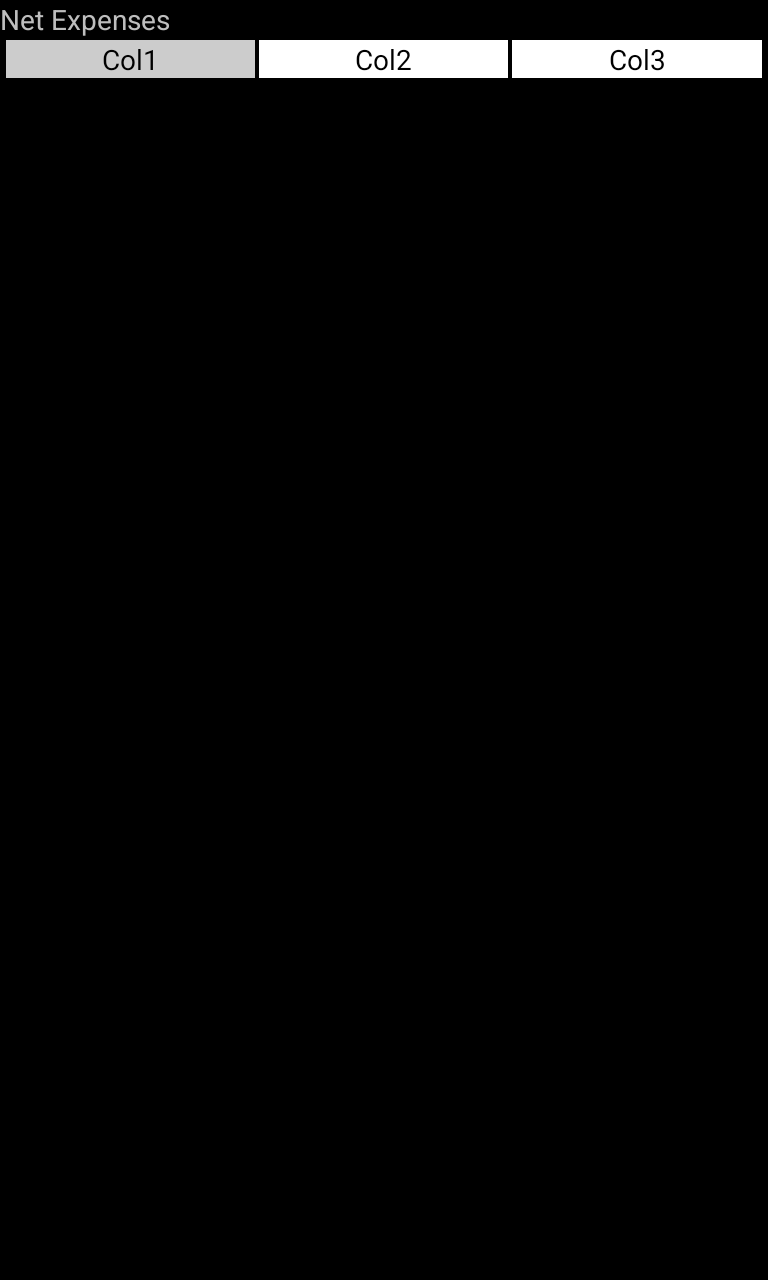
Repository: iyeranan/Expenses
Layout: Expenses/res/layout/netexpenses.xml
An editor plug-in stored every save of this project. The layout is shown before and after the next save, followed by the edit.
It is drawn on a 768 x 1280 px phone screen (xhdpi) without system bars, with theme android:Theme; the app's code is not run.

Above is the layout before, as saved 2012-01-16 17:49:08.

### Expenses/res/layout/netexpenses.xml
<?xml version="1.0" encoding="utf-8"?>
<ScrollView xmlns:android="http://schemas.android.com/apk/res/android" android:layout_height="fill_parent" android:layout_width="fill_parent" android:id="@+id/widget54">
<LinearLayout xmlns:android="http://schemas.android.com/apk/res/android"
    android:orientation="vertical"
    android:layout_height="fill_parent" android:layout_width="fill_parent">
<TextView
    android:layout_width="fill_parent"
    android:layout_height="wrap_content" android:text="@string/netExpenses"/>
<TableLayout
  android:id="@+id/tblNetExpenses"
  android:layout_width="fill_parent"
  android:layout_marginRight="2dp"
  android:layout_marginLeft="2dp"
  android:layout_height="wrap_content"
  android:background="@android:color/black">
  <TableRow>
   <TextView
    android:textColor="@android:color/black"
    android:layout_margin="1dp"
    android:gravity="center_horizontal"
    android:layout_weight="1"
    android:background="#ffcccccc"
    android:text="Col1" />
   <TextView
    android:textColor="@android:color/black"
    android:gravity="center_horizontal"
    android:layout_weight="1"
    android:layout_margin="1dp"
    android:background="@android:color/white"
    android:text="Col2" />
   <TextView
    android:textColor="@android:color/black"
    android:gravity="center_horizontal"
    android:layout_weight="1"
    android:layout_margin="1dp"
    android:background="@android:color/white"
    android:text="Col3" />
  </TableRow>
 </TableLayout></LinearLayout>
</ScrollView>

### Expenses/res/values/strings.xml
<?xml version="1.0" encoding="utf-8"?>
<resources>
    <string name="addPeople">Add People</string>
    <string name="app_name">Expenses</string>
    <string name="addExpenses">Add Expenses</string>
    <string name="ExpensesShare">ExpensesShare</string>
    <string name="netExpenses">Net Expenses</string>
</resources>

After the next save:
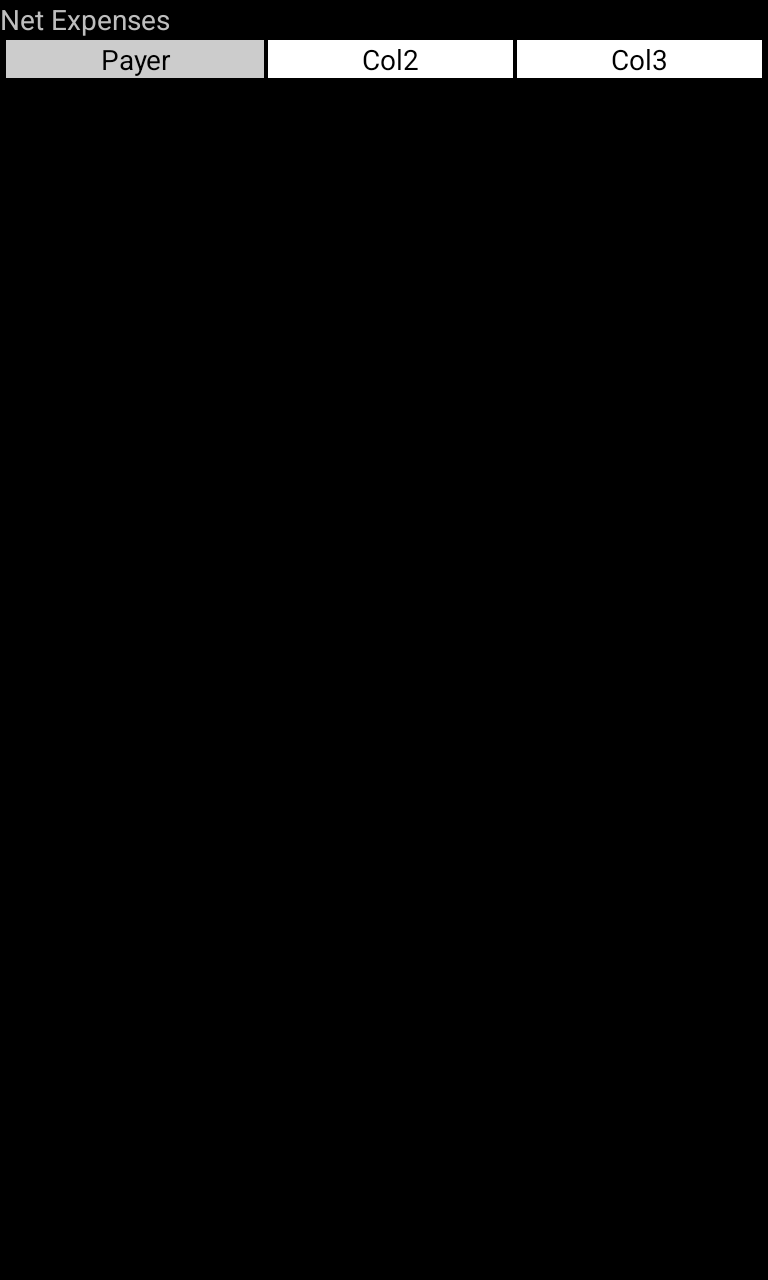
Saved 18 s later.
--- a/Expenses/res/layout/netexpenses.xml
+++ b/Expenses/res/layout/netexpenses.xml
@@ -20,7 +20,7 @@
     android:gravity="center_horizontal"
     android:layout_weight="1"
     android:background="#ffcccccc"
-    android:text="Col1" />
+    android:text="Payer" />
    <TextView
     android:textColor="@android:color/black"
     android:gravity="center_horizontal"
